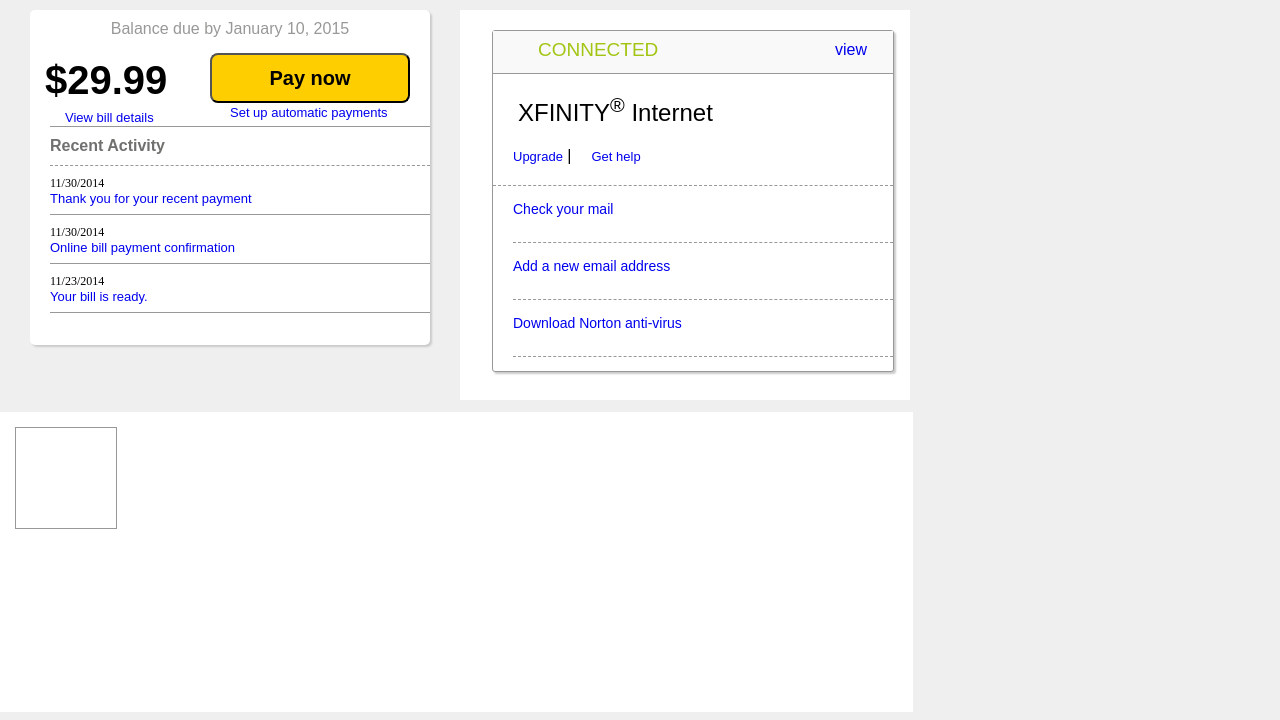
Repository: Sakivaday/UI-TSQ
Page: Aptana Studio 3 Workspace/tsq/assignment3/comcast.html
The author's editor kept a copy of each file at every save. The page is drawn from the files as they stood at one save, then again after the next save.
The browser window is 1280 px wide. The pictures show the whole page.
Pictures or frames that could not be fetched are drawn as grey boxes.

Above is the page before, as saved 2015-01-20 05:04:15.

After the next save:
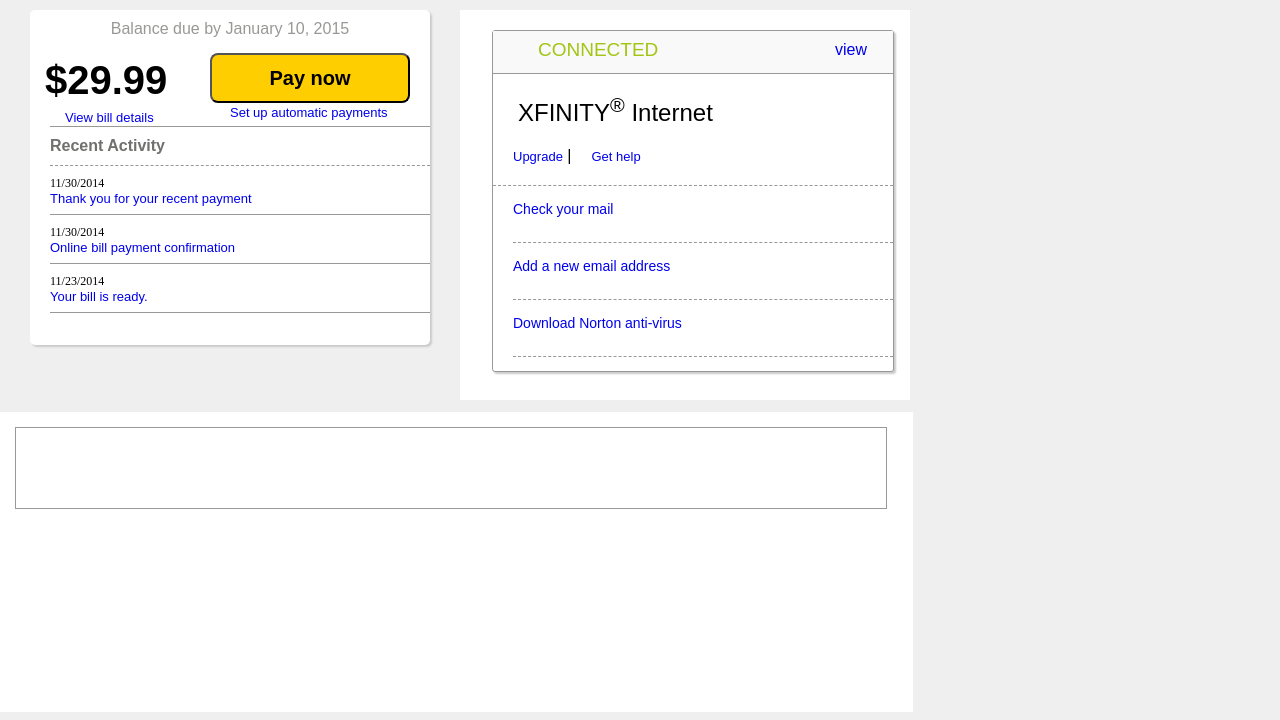
Saved 2 min 7 s later.
--- a/Aptana Studio 3 Workspace/tsq/assignment3/new_file.css
+++ b/Aptana Studio 3 Workspace/tsq/assignment3/new_file.css
@@ -165,8 +165,8 @@
 	margin-top: 12px;
 }
 .rectbox{
-	height: 100px;
-	width: 100px;
+	height: 80px;
+	width: 870px;
 	border: 1px solid #989896;
 	margin-top: 15px;
 	margin-left: 15px;
